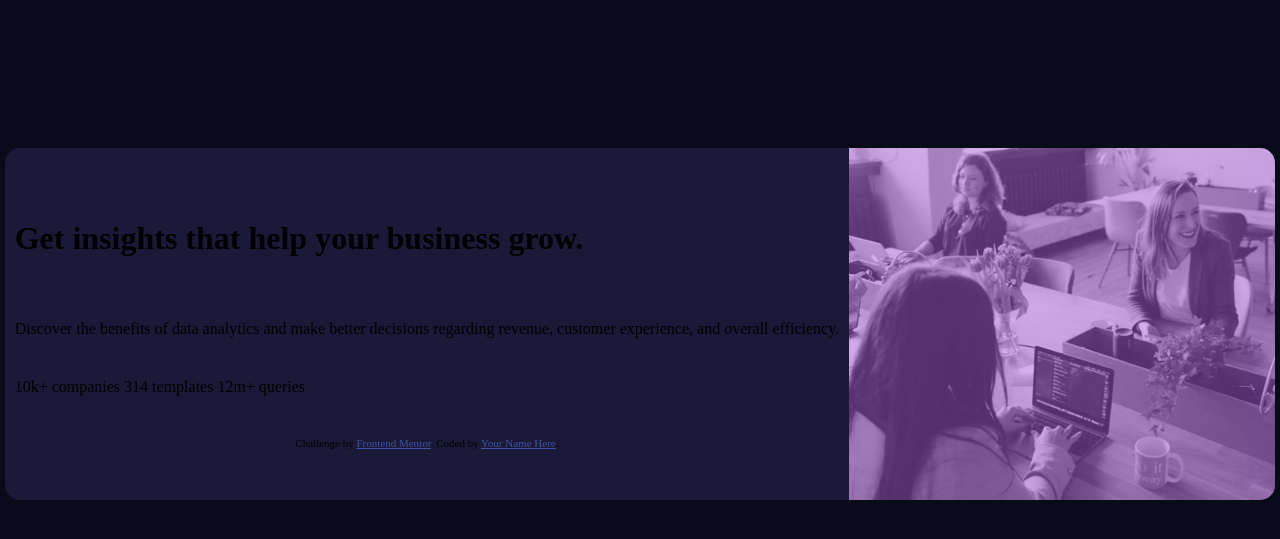
Repository: wasanmsn/Card_Challange
Page: index.html
These files come from the project's save history. The page is drawn as it stood at one moment and after the next save; the edit follows.
The browser window is 1280 px wide. The pictures show the whole page.

Above is the page before, as saved 2021-07-21 16:06:46.

### index.html
<!DOCTYPE html>
<html lang="en">

<head>
  <meta charset="UTF-8">
  <meta name="viewport" content="width=device-width, initial-scale=1.0">
  <!-- displays site properly based on user's device -->

  <link rel="icon" type="image/png" sizes="32x32" href="./images/favicon-32x32.png">
  <link rel="stylesheet" href="./stylesheet.css">

  <title>Frontend Mentor | Stats preview card component</title>

  <!-- Feel free to remove these styles or customise in your own stylesheet 👍 -->
  <style>
    .attribution {
      font-size: 11px;
      text-align: center;
    }

    .attribution a {
      color: hsl(228, 45%, 44%);
    }
  </style>
</head>

<body>
  <div class="container">
    <div class="column1">
      <h1>
        Get insights that help your business grow.
      </h1>
      <div>
        Discover the benefits of data analytics and make better decisions regarding revenue, customer
        experience, and overall efficiency.
      </div>
      <div>
        10k+ companies
        314 templates
        12m+ queries
      </div>
      <div class="attribution">
        Challenge by <a href="https://www.frontendmentor.io?ref=challenge" target="_blank">Frontend Mentor</a>.
        Coded by <a href="#">Your Name Here</a>.
      </div>
    </div>
      <div class="column2">
        <image id="img" src="./images/image-header-desktop.jpg">
    </div>
  </div>


</body>

</html>

### stylesheet.css
body {
    margin: 0;
    padding: 0;
    background-color: hsl(233, 47%, 7%);
}

.container {
    width: 100%;
    display: flex;
    height: 90vh;
    justify-content: center;
    align-items: center;

}

.column1 {
    -webkit-box-sizing: border-box;
    /* Safari/Chrome, other WebKit */
    -moz-box-sizing: border-box;
    /* Firefox, other Gecko */
    box-sizing: border-box;
    /* Opera/IE 8+ */
    display: flex;
    flex-direction: column;
    justify-content: space-evenly;
    height: 22rem;
    padding: 10px;
    border-radius: 15px 0 0 15px;
    background-color: hsl(244, 38%, 16%);

}

.column2 {
    -webkit-box-sizing: border-box;
    /* Safari/Chrome, other WebKit */
    -moz-box-sizing: border-box;
    /* Firefox, other Gecko */
    box-sizing: border-box;
    /* Opera/IE 8+ */
    height: 22rem;
    border-radius: 0 15px 15px 0;
    background-color: hsl(277, 64%, 61%);
}

#img {
    opacity: 0.5;
    height: 100%;
    border-radius: 0 15px 15px 0;
}

After the next save:
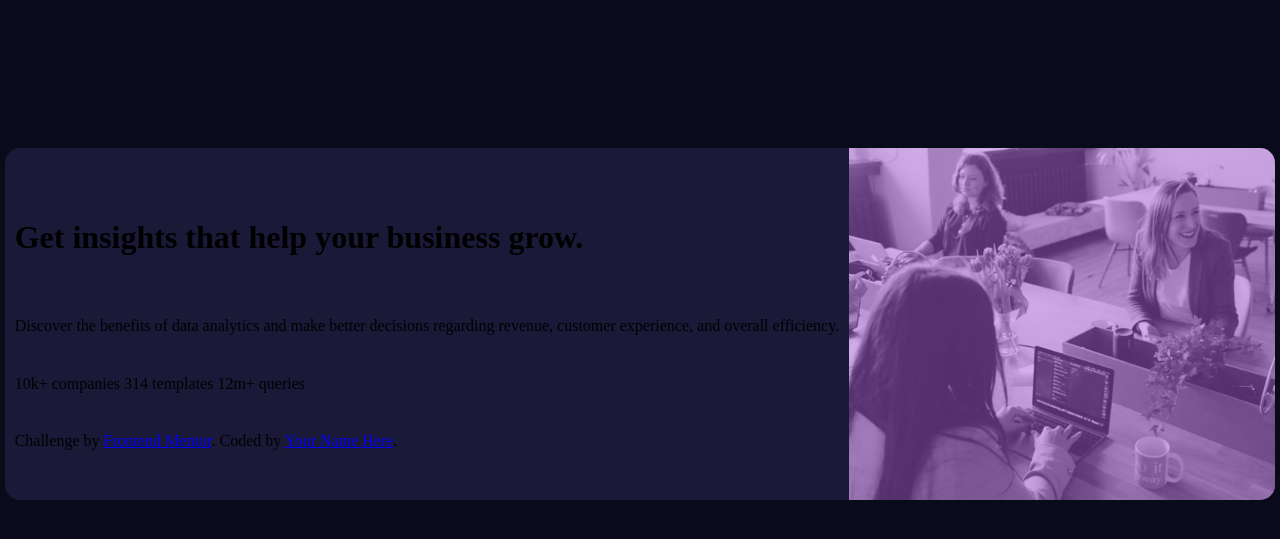
Saved 22 s later.
--- a/index.html
+++ b/index.html
@@ -11,17 +11,6 @@
 
   <title>Frontend Mentor | Stats preview card component</title>
 
-  <!-- Feel free to remove these styles or customise in your own stylesheet 👍 -->
-  <style>
-    .attribution {
-      font-size: 11px;
-      text-align: center;
-    }
-
-    .attribution a {
-      color: hsl(228, 45%, 44%);
-    }
-  </style>
 </head>
 
 <body>

After the save that followed:
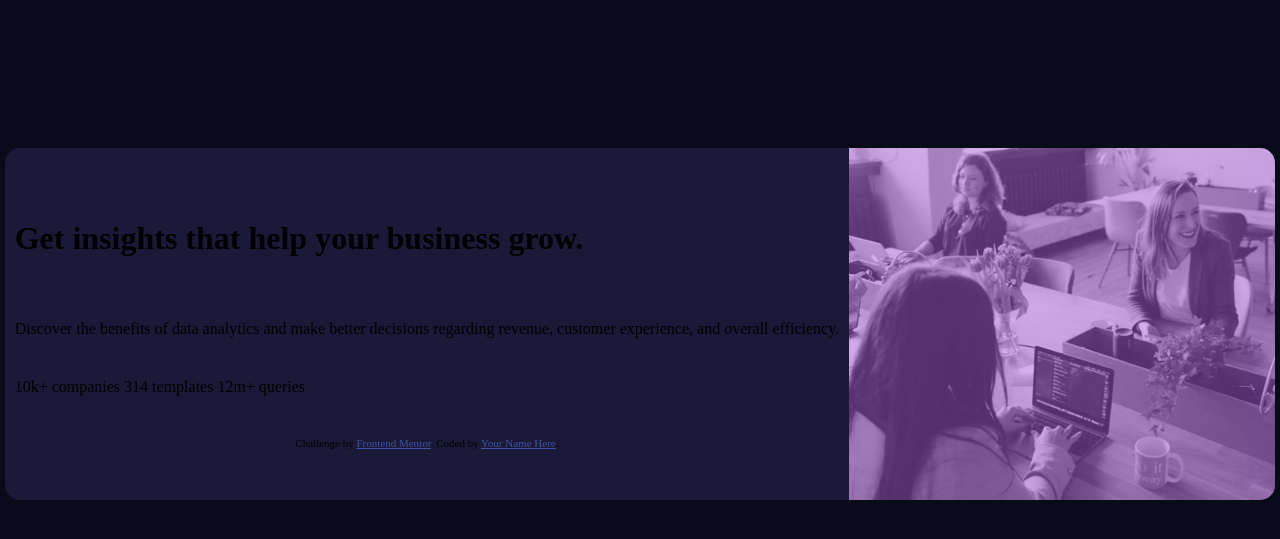
Saved 1 s later.
--- a/stylesheet.css
+++ b/stylesheet.css
@@ -47,3 +47,11 @@
     height: 100%;
     border-radius: 0 15px 15px 0;
 }
+.attribution {
+    font-size: 11px;
+    text-align: center;
+  }
+
+  .attribution a {
+    color: hsl(228, 45%, 44%);
+  }
